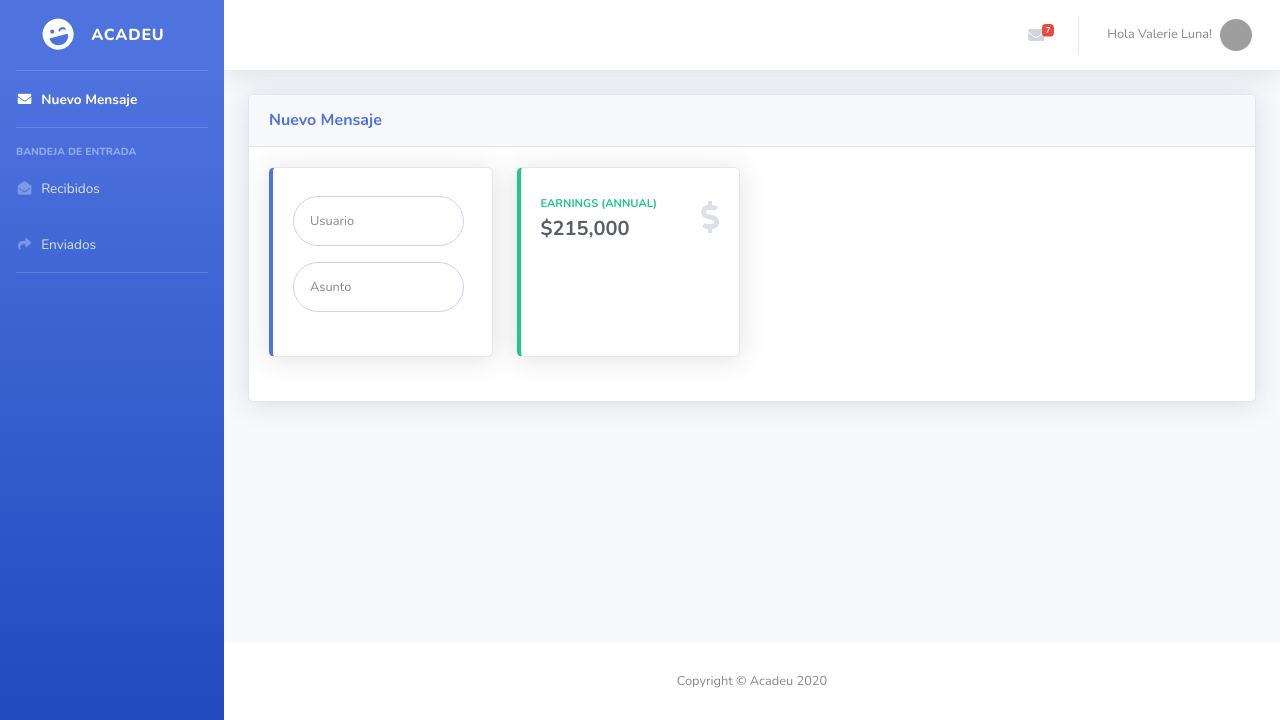
Repository: nicolask92/spring_java_test
Page: http://localhost/nuevo-mensaje
These files come from the project's save history. The page is drawn as it stood at one moment and after the next save; the edit follows.
The browser window is 1280 px wide. The pictures show the whole page.
Pictures or frames that could not be fetched are drawn as grey boxes. The page is this project's Thymeleaf template; nobody is signed in. Other server files are loaded and not shown. The template is opened directly, without the code that normally fills it, so the values that code supplies are empty.

Above is the page before, as saved 2020-06-13 21:39:31.

### spring-tutorial/src/main/resources/templates/nuevo-mensaje.html
<!DOCTYPE html>
<html xmlns:th="http://www.thymleaf.org">
<head>
<meta charset="utf-8" />
<meta http-equiv="X-UA-Compatible" content="IE=edge" />
<meta name="viewport"
	content="width=device-width, initial-scale=1, shrink-to-fit=no" />
<meta name="description" content="" />
<meta name="author" content="Nicolas Kloster" />

<title>Nuevo Mensaje</title>

<!-- Custom fonts for this template-->
<link th:href="@{/vendor/fontawesome-free/css/all.min.css}"
	rel="stylesheet" type="text/css" />
<link
	href="https://fonts.googleapis.com/css?family=Nunito:200,200i,300,300i,400,400i,600,600i,700,700i,800,800i,900,900i"
	rel="stylesheet" />

<!-- Custom styles for this template-->
<link th:href="@{/css/sb-admin-2.min.css}" rel="stylesheet" />

<!-- Custom styles for this page -->
<link th:href="@{/vendor/datatables/dataTables.bootstrap4.min.css}"
	rel="stylesheet">
</head>
<body id="page-top">

	<!-- Page Wrapper -->
	<div id="wrapper">

		<!-- Sidebar -->
		<ul
			class="navbar-nav bg-gradient-primary sidebar sidebar-dark accordion"
			id="accordionSidebar">

			<!-- Sidebar - Brand -->
			<a
				class="sidebar-brand d-flex align-items-center justify-content-center"
				href="index.html">
				<div class="sidebar-brand-icon rotate-n-15">
					<i class="fas fa-laugh-wink"></i>
				</div>
				<div class="sidebar-brand-text mx-3">Acadeu</div>
			</a>

			<!-- Divider -->
			<hr class="sidebar-divider my-0">

			<!-- Nuevo Mensaje-->
			<li class="nav-item active"><a class="nav-link" th:href="@{/nuevo_mensaje}">
					<i class="fas fa-fw fa-envelope"></i> <span>Nuevo Mensaje</span>
			</a></li>

			<!-- Divider -->
			<hr class="sidebar-divider">

			<!-- Titulo Mensajes Barra Lateral -->
			<div class="sidebar-heading">Bandeja de Entrada</div>

			<!-- Recibidos y Enviados -->
			<li class="nav-item"><a class="nav-link" th:href="@{/index}"> <i
					class="fas fa-fw fa-envelope-open"></i> <span>Recibidos</span>
			</a></li>


			<li class="nav-item"><a class="nav-link collapsed" th:href="@{/enviados}">
					<i class="fas fa-fw fa-share"></i> <span>Enviados</span>
			</a></li>

			<!-- Divider -->
			<hr class="sidebar-divider">


		</ul>
		<!-- End of Sidebar -->

		<!-- Content Wrapper -->
		<div id="content-wrapper" class="d-flex flex-column">

			<!-- Main Content -->
			<div id="content">

				<!-- Topbar -->
				<nav
					class="navbar navbar-expand navbar-light bg-white topbar mb-4 static-top shadow">

					<!-- Sidebar Toggle (Topbar) -->
					<button id="sidebarToggleTop"
						class="btn btn-link d-md-none rounded-circle mr-3">
						<i class="fa fa-bars"></i>
					</button>


					<!-- Topbar Navbar -->
					<ul class="navbar-nav ml-auto">


						<!-- Alertas Mensajes-->

						<li class="nav-item dropdown no-arrow mx-1"><a
							class="nav-link dropdown-toggle" href="#" id="messagesDropdown"
							role="button" data-toggle="dropdown" aria-haspopup="true"
							aria-expanded="false"> <i class="fas fa-envelope fa-fw"></i>
								<!-- Counter - Messages --> <span
								class="badge badge-danger badge-counter">7</span>
						</a> <!-- Dropdown - Messages -->
							<div
								class="dropdown-list dropdown-menu dropdown-menu-right shadow animated--grow-in"
								aria-labelledby="messagesDropdown">
								<h6 class="dropdown-header">Message Center</h6>
								<a class="dropdown-item d-flex align-items-center" href="#">
									<div class="dropdown-list-image mr-3">
										<img class="rounded-circle"
											src="https://source.unsplash.com/fn_BT9fwg_E/60x60" alt="">
										<div class="status-indicator bg-success"></div>
									</div>
									<div class="font-weight-bold">
										<div class="text-truncate">Hi there! I am wondering if
											you can help me with a problem I've been having.</div>
										<div class="small text-gray-500">Emily Fowler · 58m</div>
									</div>
								</a> <a class="dropdown-item d-flex align-items-center" href="#">
									<div class="dropdown-list-image mr-3">
										<img class="rounded-circle"
											src="https://source.unsplash.com/AU4VPcFN4LE/60x60" alt="">
										<div class="status-indicator"></div>
									</div>
									<div>
										<div class="text-truncate">I have the photos that you
											ordered last month, how would you like them sent to you?</div>
										<div class="small text-gray-500">Jae Chun · 1d</div>
									</div>
								</a> <a class="dropdown-item d-flex align-items-center" href="#">
									<div class="dropdown-list-image mr-3">
										<img class="rounded-circle"
											src="https://source.unsplash.com/CS2uCrpNzJY/60x60" alt="">
										<div class="status-indicator bg-warning"></div>
									</div>
									<div>
										<div class="text-truncate">Last month's report looks
											great, I am very happy with the progress so far, keep up the
											good work!</div>
										<div class="small text-gray-500">Morgan Alvarez · 2d</div>
									</div>
								</a> <a class="dropdown-item d-flex align-items-center" href="#">
									<div class="dropdown-list-image mr-3">
										<img class="rounded-circle"
											src="https://source.unsplash.com/Mv9hjnEUHR4/60x60" alt="">
										<div class="status-indicator bg-success"></div>
									</div>
									<div>
										<div class="text-truncate">Am I a good boy? The reason I
											ask is because someone told me that people say this to all
											dogs, even if they aren't good...</div>
										<div class="small text-gray-500">Chicken the Dog · 2w</div>
									</div>
								</a> <a class="dropdown-item text-center small text-gray-500"
									href="#">Read More Messages</a>
							</div></li>

						<div class="topbar-divider d-none d-sm-block"></div>

						<!-- Nav Item - Informacion de Usuario -->
						<li class="nav-item dropdown no-arrow"><a
							class="nav-link dropdown-toggle" href="#" id="userDropdown"
							role="button" data-toggle="dropdown" aria-haspopup="true"
							aria-expanded="false"> <span
								class="mr-2 d-none d-lg-inline text-gray-600 small">Hola
									Valerie Luna!</span> <img class="img-profile rounded-circle"
								src="https://source.unsplash.com/QAB-WJcbgJk/60x60">
						</a> <!-- Dropdown - Logout y Perfil -->
							<div
								class="dropdown-menu dropdown-menu-right shadow animated--grow-in"
								aria-labelledby="userDropdown">
								<a class="dropdown-item" href="#"> <i
									class="fas fa-user fa-sm fa-fw mr-2 text-gray-400"></i> Perfil
								</a>
								<div class="dropdown-divider"></div>
								<a class="dropdown-item" href="#" data-toggle="modal"
									data-target="#logoutModal"> <i
									class="fas fa-sign-out-alt fa-sm fa-fw mr-2 text-gray-400"></i>
									Cerrar Sesion
								</a>
							</div></li>

					</ul>

				</nav>
				<!-- Termina la barra superior -->

				<!-- Begin Page Content -->
				<div class="container-fluid">



					<!-- Mensajes -->
					<div class="card shadow mb-4">
						<div class="card-header py-3">
							<h6 class="m-0 font-weight-bold text-primary">Nuevo Mensaje</h6>
						</div>

						<div class="card-body">
							<div class="row">
								<!-- Asunto y Usuario a Enviar -->
								<div class="col-xl-3 col-md-6 mb-4">
					              <div class="card border-left-primary shadow h-100 py-2">
					                <div class="card-body">
					                  <div class="row no-gutters align-items-center">
					                    <div class="col mr-2">
													<form class="user">
														<div class="form-group">
															<input required type="text"
																class="form-control form-control-user"
																id="exampleInputEmail" aria-describedby="emailHelp"
																placeholder="Usuario">
														</div>
														<div class="form-group">
															<input required type="text"
																class="form-control form-control-user"
																id="exampleInputPassword" placeholder="Asunto">
														</div>
													</form>
												</div>
					                  </div>
					                </div>
					              </div>
					            </div>

					            <!-- Cuerpo del mensaje -->
					            <div class="col-xl-3 col-md-6 mb-4">
					              <div class="card border-left-success shadow h-100 py-2">
					                <div class="card-body">
					                  <div class="row no-gutters align-items-center">
					                    <div class="col mr-2">
					                      <div class="text-xs font-weight-bold text-success text-uppercase mb-1">Earnings (Annual)</div>
					                      <div class="h5 mb-0 font-weight-bold text-gray-800">$215,000</div>
					                    </div>
					                    <div class="col-auto">
					                      <i class="fas fa-dollar-sign fa-2x text-gray-300"></i>
					                    </div>
					                  </div>
					                </div>
					              </div>
					            </div>
							</div>
						</div>
					</div>

				</div>
				<!-- /.container-fluid -->

			</div>
			<!-- End of Main Content -->

			<!-- Footer -->
			<footer class="sticky-footer bg-white">
				<div class="container my-auto">
					<div class="copyright text-center my-auto">
						<span>Copyright &copy; Acadeu 2020</span>
					</div>
				</div>
			</footer>
			<!-- End of Footer -->

		</div>
		<!-- End of Content Wrapper -->

	</div>
	<!-- End of Page Wrapper -->

	<!-- Scroll to Top Button-->
	<a class="scroll-to-top rounded" href="#page-top"> <i
		class="fas fa-angle-up"></i>
	</a>



	<!-- Bootstrap core JavaScript-->
	<script th:src="@{/vendor/jquery/jquery.min.js}"></script>
	<script th:src="@{/vendor/bootstrap/js/bootstrap.bundle.min.js}"></script>

	<!-- Core plugin JavaScript-->
	<script th:src="@{/vendor/jquery-easing/jquery.easing.min.js}"></script>

	<!-- Custom scripts for all pages-->
	<script th:src="@{/js/sb-admin-2.min.js}"></script>

	<!-- Page level plugins -->
	<script th:src="@{/vendor/datatables/jquery.dataTables.min.js}"></script>
	<script th:src="@{/vendor/datatables/dataTables.bootstrap4.min.js}"></script>

	<!-- Page level custom scripts -->
	<script th:src="@{/js/demo/datatables-demo.js}"></script>

	<script>

	</script>

</body>
</html>

### spring-tutorial/src/main/resources/static/js/demo/datatables-demo.js
// Call the dataTables jQuery plugin
$(document).ready(function() {
  $('#dataTable').DataTable({
		"language": {
		      "url": "//cdn.datatables.net/plug-ins/1.10.15/i18n/Spanish.json"
		    }
  });
});

Loaded but not shown: spring-tutorial/src/main/resources/static/css/sb-admin-2.min.css (library); spring-tutorial/src/main/resources/static/js/sb-admin-2.min.js (common file)

After the next save:
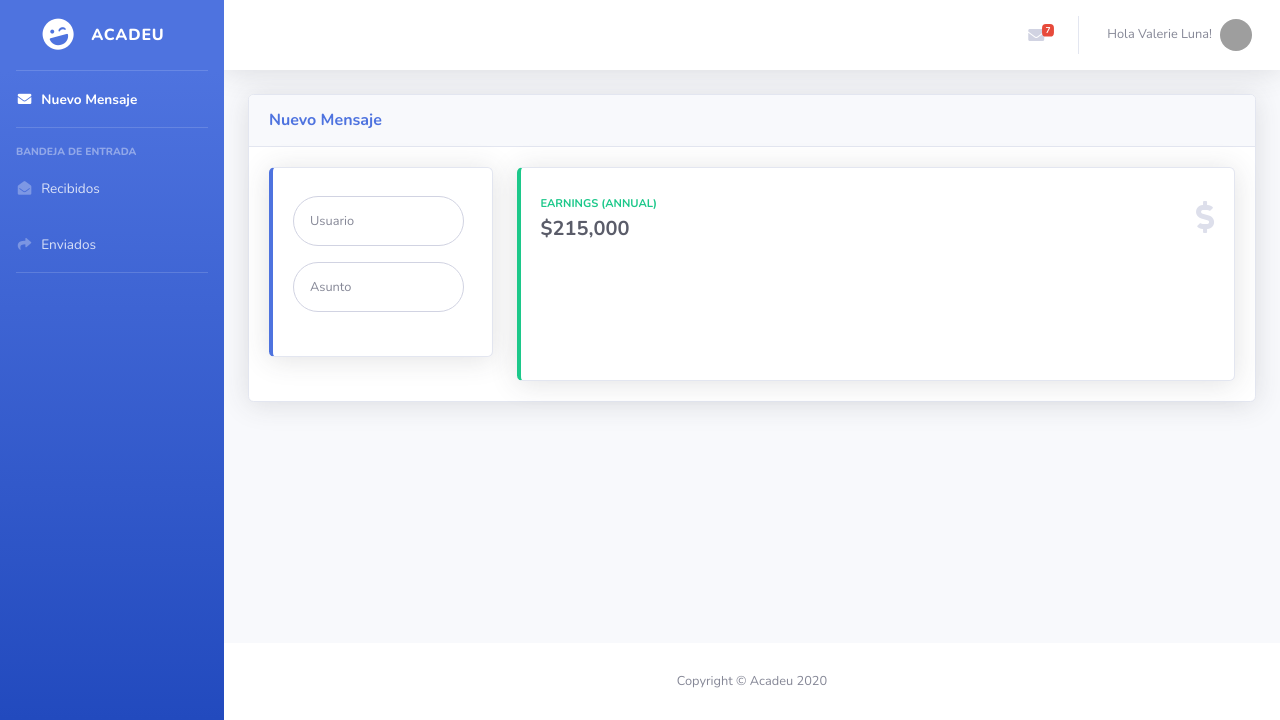
Saved 23 s later.
--- a/spring-tutorial/src/main/resources/templates/nuevo-mensaje.html
+++ b/spring-tutorial/src/main/resources/templates/nuevo-mensaje.html
@@ -228,7 +228,7 @@
 					            </div>
 
 					            <!-- Cuerpo del mensaje -->
-					            <div class="col-xl-3 col-md-6 mb-4">
+					            <div class="col-xl-9 col-md-6 mb-8">
 					              <div class="card border-left-success shadow h-100 py-2">
 					                <div class="card-body">
 					                  <div class="row no-gutters align-items-center">
